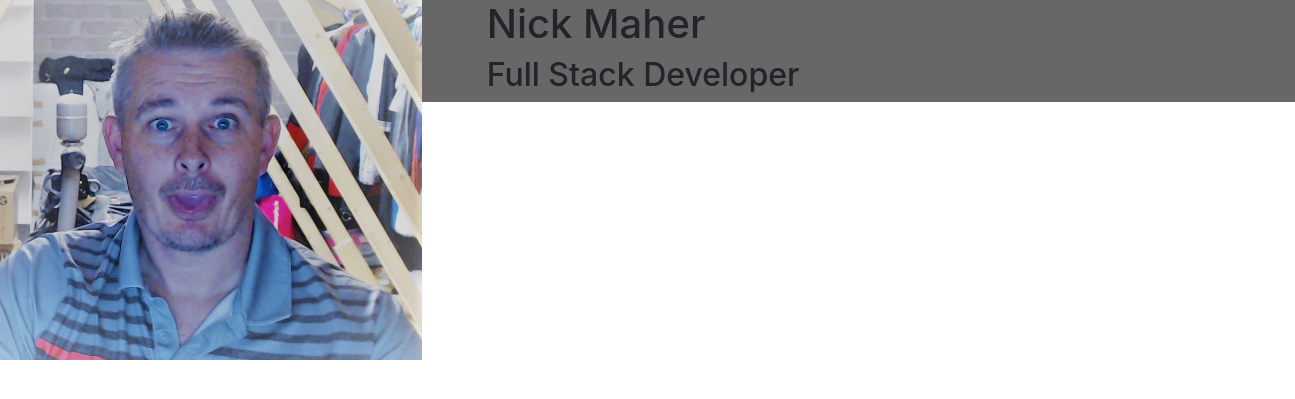
Repository: nick-maher/My-CV
Page: index.html
The author's editor kept a record of every edit. The page is drawn from the files as they stood at one moment, then again after the next edit.
The browser window is 1280 px wide. The page is 1295 px wide, so the pictures cover 1295 px, including what lies to the right of the window. The pictures show the whole page.

Above is the page before.

### index.html
<!DOCTYPE html>
<html lang="en">
<head>
    <meta charset="UTF-8">
    <meta name="viewport" content="width=device-width, initial-scale=1.0">
    <meta http-equiv="X-UA-Compatible" content="ie=edge">

    <link rel="stylesheet" href="https://stackpath.bootstrapcdn.com/bootstrap/4.3.1/css/bootstrap.min.css" type="text/css" />
    <link rel="stylesheet" href="https://stackpath.bootstrapcdn.com/font-awesome/4.7.0/css/font-awesome.min.css" type="text/css" />
    <link rel="stylesheet" href="assets/css/style.css" type="text/css" />

    <title>Nick's CV</title>

</head>

<body>
    <header>
  <div class= "row">

      <a href = "index.html" class= "col-md-4 logo">  </a>



      <div class= "col-md-8">
         <div class= "row bg-color-name-title">
          <div class= "col heading " >
             <h1 class = "name">Nick Maher</h1>
             <h2 class = "title">Full Stack Developer</h2>
          </div>


         </div>



      </div>




  </div>

    </header>

    <section>


    </section>

    <footer>


    </footer>




</body>
</html>

### assets/css/style.css
@import url('https://fonts.googleapis.com/css?family=Roboto:100,200,300,400,500,600,700|Exo:100,200,300,400,500,600,700');

/* -------------------------------------------COLOURS */

.bg-color-name-title {
        background-color: #676767;
}

/* -------------------------------------------HEADINGS */

.header {
    margin:0;
}
.heading {

    margin-left: 50px;
}



.logo {
    background: url("../images/nick.jpg");
    background-position: center;
    background-repeat: no-repeat;
    background-size: cover;
    min-height: 360px;
    transition: all .5s ease-in-out;
    -moz-transition: all .5s ease-in-out;
    -webkit-transition: all .5s ease-in-out;
}



.name

.title

After the next edit:
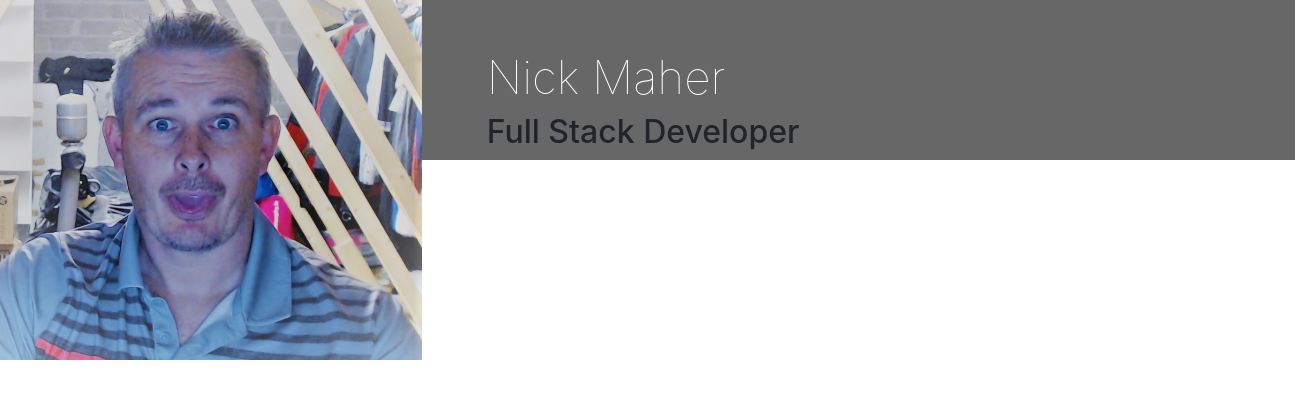
The edit:
--- a/assets/css/style.css
+++ b/assets/css/style.css
@@ -31,6 +31,12 @@
 
 
 
-.name
+.name{
+    font-family: "Exo" sans-serif;
+    font-weight: 100;
+    font-size: 46px;
+    margin-top: 50px;
+    color: #fff;
+}
 
 .title
